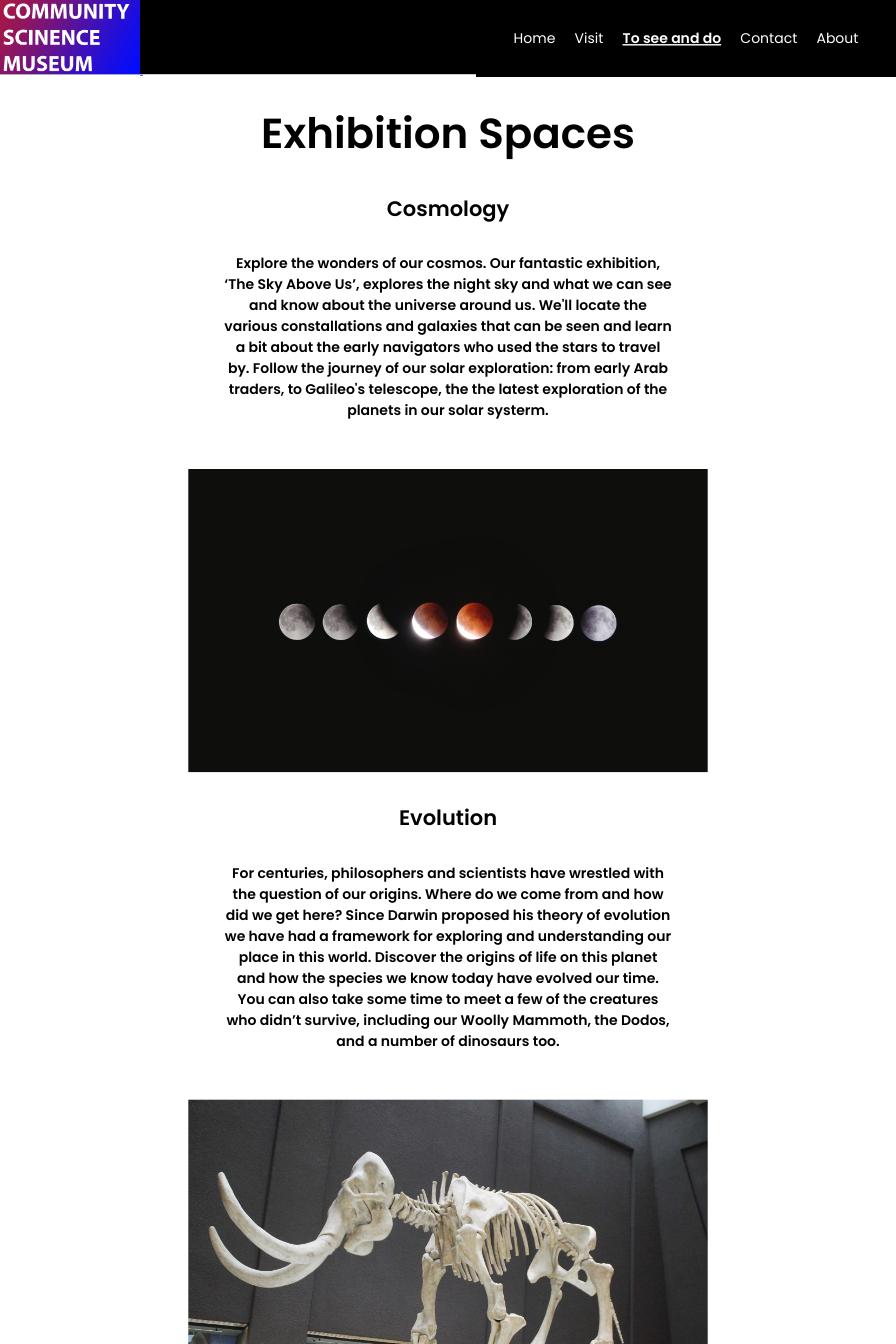
Repository: EpleWasTaken/Semester-Project
Page: to-see-and-do.html
The author's editor kept a copy of each file at every save. The page is drawn from the files as they stood at one save, then again after the next save.
The browser window is 1280 px wide. The pictures show the part of the page from y = 0 to 1920 px (the page is 5265 px tall before and 5212 px after), at 70% of full size.
Some web libraries are served in a nearby version.

Above is the page before, as saved 2020-12-12 12:59:50.

After the next save:
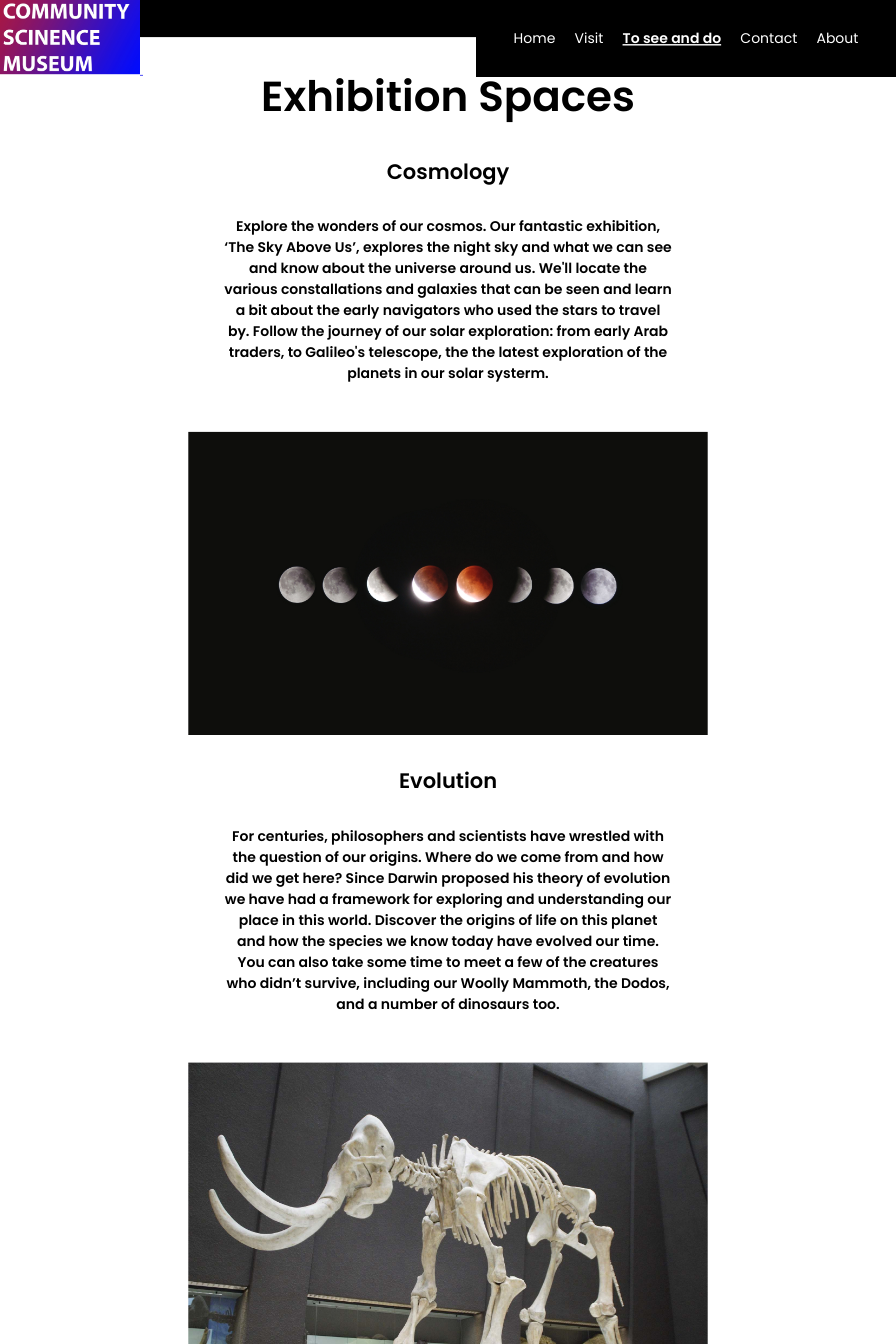
Saved 39 s later.
--- a/css/styles.css
+++ b/css/styles.css
@@ -15,7 +15,7 @@ nav {
 
 header {
 	background: black;
-	height: 106.25px;
+	height: 53.13px;
 }
 
 .logo {

After the save that followed:
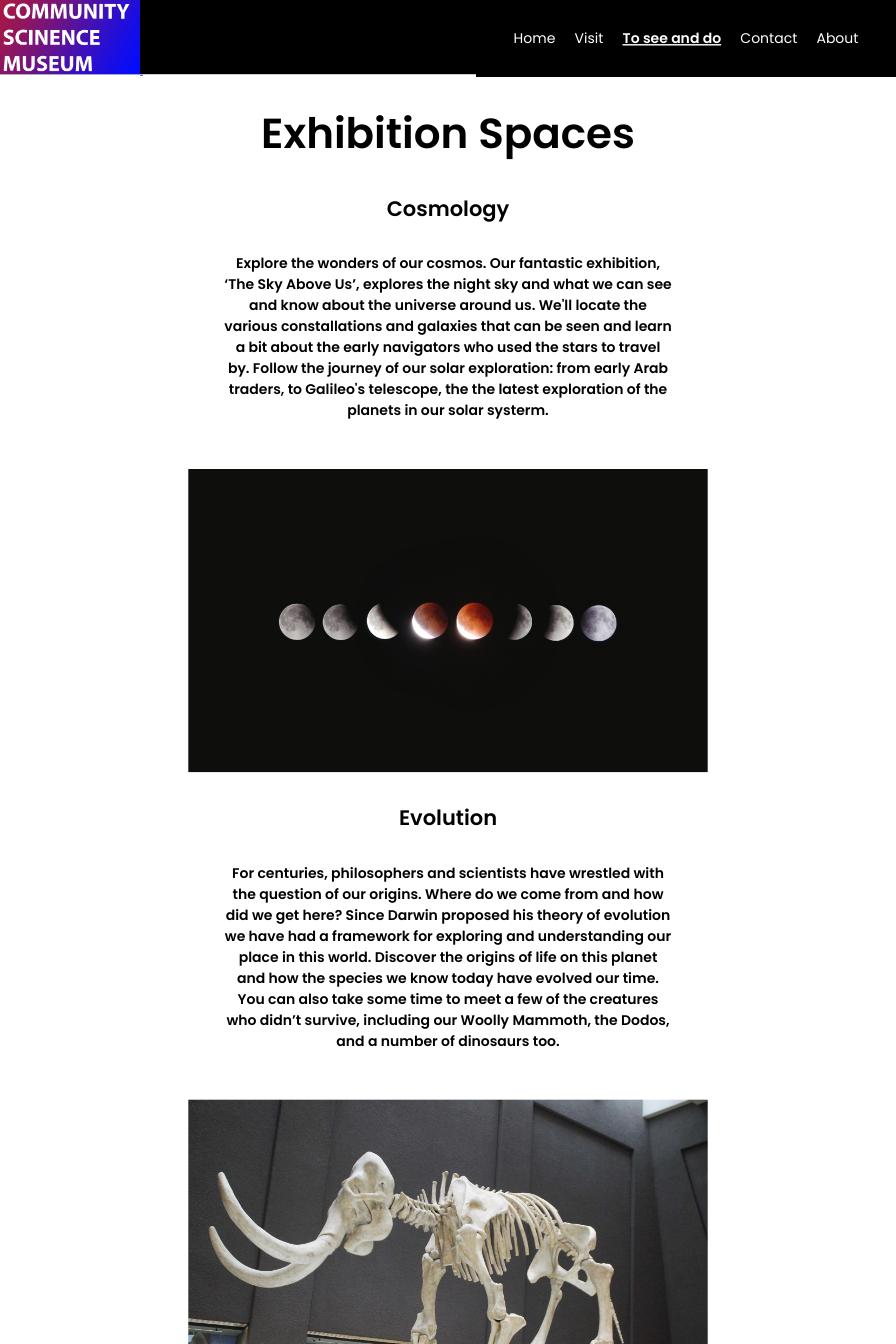
Saved 28 s later.
--- a/css/styles.css
+++ b/css/styles.css
@@ -141,6 +141,10 @@ p {
 	body {
 		font-family: 'poppins', sans-serif;
 		font-weight: 400;
+	}
+
+	header {
+		height: 106.25px;
 	}
 
 	.logo {
